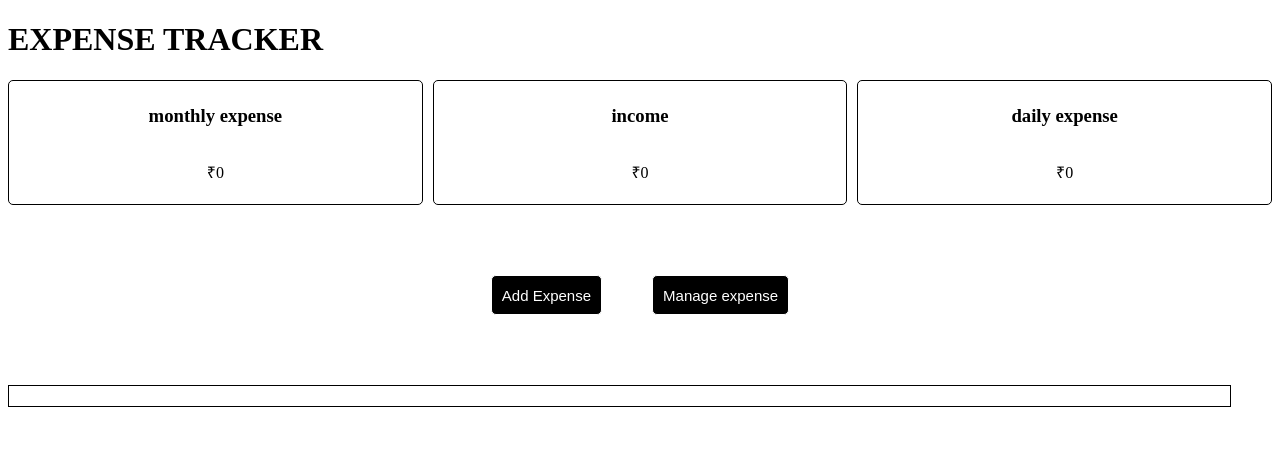
Repository: Gaurav124937/Expense-Tracker
Page: index.html
These files come from the project's save history. The page is drawn as it stood at one moment and after the next save; the edit follows.
The browser window is 1280 px wide. The pictures show the whole page.

Above is the page before, as saved 2026-09-10 20:52:50.
Console error: SyntaxError: Unexpected token '}'

After the next save:
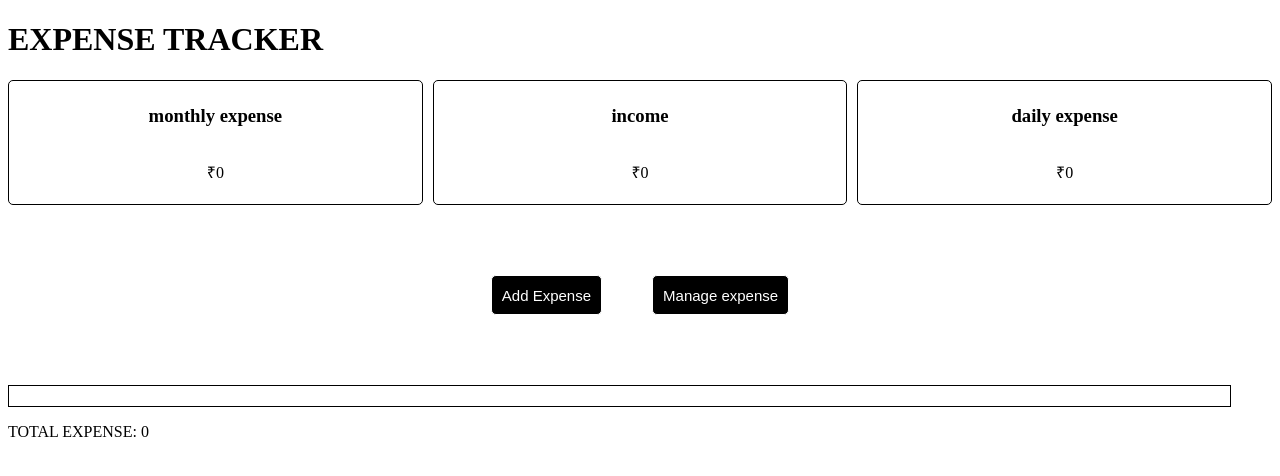
The error is gone.
Saved 6 s later.
--- a/script.js
+++ b/script.js
@@ -67,9 +67,37 @@ expenseForm.addEventListener("submit", function (event) {
 
   function renderExpense(){
 
+  }
+  const expenseElement = document.createElement("div");
+  expenseElement.id = expense.id;
 
-  }
+  expenseElement.innerHTML = `
+    <p>${expense.description}</p>
+    <p>₹${expense.expense}</p>
+    <p>${expense.category}</p>
+  <p>${expense.date}</p>
+  <button class="delete-expense-button">Delete</button>
 
+`;
+  expenseListSubmit.appendChild(expenseElement);
+
+
+  let totalValue = totalExpense();
+
+  const totalAmount = document.querySelector(".total-expense");
+  totalAmount.innerHTML = `<p>TOTAL EXPENSE: ${totalValue}</p>`;
+
+  const deleteExpense = expenseElement.querySelector(".delete-expense-button");
+  deleteExpense.addEventListener("click", function () {
+    expenseElement.remove();
+    const index = expenses.findIndex(
+      (expense) => expense.id === expenseElement.id,
+    );
+    if (index !== -1) {
+      expenses.splice(index, 1);
+    }
+
+    storingData();
 
     totalValue = totalExpense();
     totalAmount.innerHTML = `<p>TOTAL EXPENSE: ${totalValue}</p>`;
